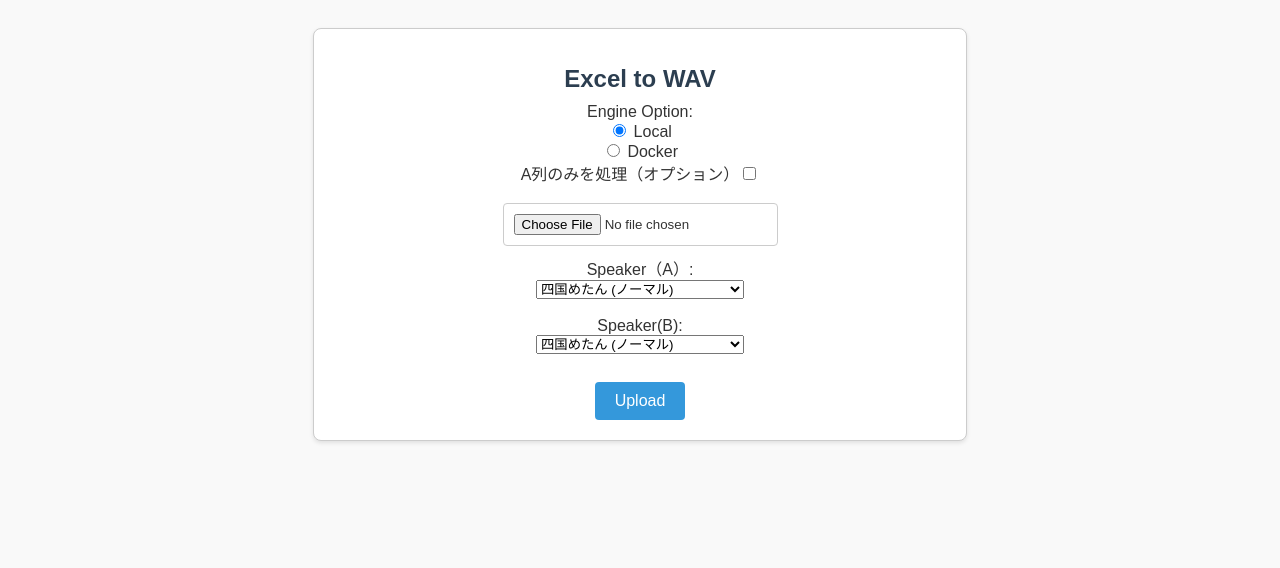
Repository: limonene213u/Excel-to-VOICE
Page: http://localhost/
An editor plug-in stored every save of this project. The page is shown before and after the next save, followed by the edit.
The browser window is 1280 px wide. The pictures show the whole page.
The page is served by the project's application, run on Flask 3 (volume/app.py).

Above is the page before, as saved 2023-10-11 10:40:03.

After the next save:
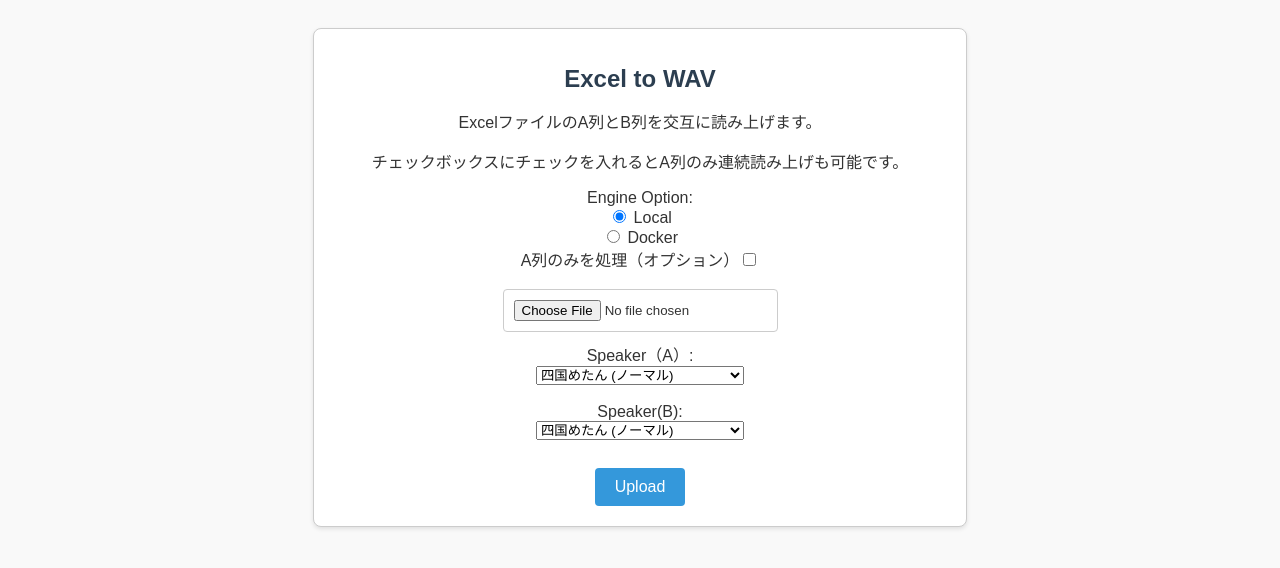
Saved 2 min 1 s later.
--- a/volume/templates/index.html
+++ b/volume/templates/index.html
@@ -50,6 +50,8 @@
 <body>
     <div id="upload-form">
         <h1>Excel to WAV</h1>
+        <p>ExcelファイルのA列とB列を交互に読み上げます。</p>
+        <p>チェックボックスにチェックを入れるとA列のみ連続読み上げも可能です。</p>
     <form action="/upload" method="post" enctype="multipart/form-data">
         <label for="engine-option">Engine Option:</label><br>
         <input type="radio" id="local-engine" name="engine-option" value="local" checked>
